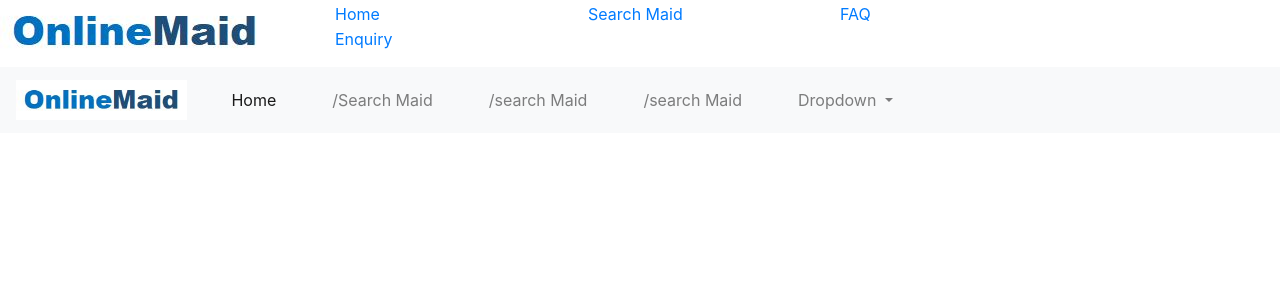
Repository: Code-Institute-Submissions/Project-1---Online-Maid
Page: index.html
The author's editor kept a record of every edit. The page is drawn from the files as they stood at one moment, then again after the next edit.
The browser window is 1280 px wide. The pictures show the whole page.
Some web libraries are served in a nearby version.

Above is the page before.

### index.html
<!DOCTYPE html>
<html lang="en">
<head>
    <meta charset="UTF-8">
    <meta name="viewport" content="width=device-width, initial-scale=1.0">
    <meta http-equiv="X-UA-Compatible" content="ie=edge">
    <link rel="stylesheet" href="https://stackpath.bootstrapcdn.com/bootstrap/4.3.1/css/bootstrap.min.css" type="text/css" />
    <link rel="stylesheet" href="https://stackpath.bootstrapcdn.com/font-awesome/4.7.0/css/font-awesome.min.css" type="text/css" />
    <link rel="stylesheet" href="https://cdnjs.cloudflare.com/ajax/libs/hover.css/2.1.1/css/hover-min.css" type="text/css" />
    <link rel="stylesheet" href="style.css" type="text/css" />
    <title>Online Maid</title>
</head>

<body>
    <header>
         <div class="row no-gutters">
             <div class = "col col-md-3">
             <a href="#"><img class="img-fluid d-md-block" src="images/logo.jpg" alt=""></a>
             </div>
             <div class ="col col-md-9">
                 <div class="row no-gutters">
                     <div class="col">
                         <ul id ="nav" class="list-inline menucontainer">
                             <li class="col-6 col-sm-3 list-inline-item ui-menu-color-home menuitem">
                                  <a href="index.html" class="hvr-sweep-to-bottom"><span>Home</span></a>
                             </li>
                             <li class="col-6 col-sm-3 list-inline-item ui-menu-color-home menuitem">
                                 <a href="searchMaid.html" class="hvr-sweep-to-bottom"><span>Search Maid</span></a>
                             </li>
                             <li class="col-6 col-sm-3 list-inline-item ui-menu-color-home menuitem">
                                  <a href="faq.html" class="hvr-sweep-to-bottom"><span>FAQ</span></a>
                             </li>
                             <li class="col-6 col-sm-3 list-inline-item ui-menu-color-home menuitem">
                                  <a href="contact.html" class="hvr-sweep-to-bottom"><span>Enquiry</span></a>
                             </li>
                         </ul>
                     </div>
                 </div>
             </div>
        </div>
    </header>
    <nav class="navbar navbar-expand-lg navbar-light bg-light">
  <a class="navbar-brand" href="#"><img id="logo" class="img-fluid d-md-block" src="images/logo.jpg" alt=""></a>
  <button class="navbar-toggler" type="button" data-toggle="collapse" data-target="#navbarSupportedContent" aria-controls="navbarSupportedContent" aria-expanded="false" aria-label="Toggle navigation">
    <span class="navbar-toggler-icon"></span>
  </button>

  <div class="collapse navbar-collapse" id="navbarSupportedContent">
    <ul class="navbar-nav mr-auto">
      <li class="nav-item active">
        <a class="nav-link" href="#">Home <span class="sr-only">(current)</span></a>
      </li>
      <li class="nav-item">
        <a class="nav-link" href="#">/Search Maid</a>
      </li>
      <li class="nav-item">
        <a class="nav-link" href="#">/search Maid</a>
      </li>
      <li class="nav-item">
        <a class="nav-link" href="#">/search Maid</a>
      </li>
      <li class="nav-item dropdown">
        <a class="nav-link dropdown-toggle" href="#" id="navbarDropdown" role="button" data-toggle="dropdown" aria-haspopup="true" aria-expanded="false">
          Dropdown
        </a>
        <div class="dropdown-menu" aria-labelledby="navbarDropdown">
          <a class="dropdown-item" href="#">Action</a>
          <a class="dropdown-item" href="#">Another action</a>
          <div class="dropdown-divider"></div>
          <a class="dropdown-item" href="#">Something else here</a>
        </div>
      </li>
    </ul>
  </div>
</nav>

    <script src="https://code.jquery.com/jquery-3.3.1.slim.min.js" integrity="sha384-q8i/X+965DzO0rT7abK41JStQIAqVgRVzpbzo5smXKp4YfRvH+8abtTE1Pi6jizo" crossorigin="anonymous"></script>
    <script src="https://cdnjs.cloudflare.com/ajax/libs/popper.js/1.14.7/umd/popper.min.js" integrity="sha384-UO2eT0CpHqdSJQ6hJty5KVphtPhzWj9WO1clHTMGa3JDZwrnQq4sF86dIHNDz0W1" crossorigin="anonymous"></script>
    <script src="https://stackpath.bootstrapcdn.com/bootstrap/4.3.1/js/bootstrap.min.js" integrity="sha384-JjSmVgyd0p3pXB1rRibZUAYoIIy6OrQ6VrjIEaFf/nJGzIxFDsf4x0xIM+B07jRM" crossorigin="anonymous"></script>
</body>
</html>

### style.css
@import url('https://fonts.googleapis.com/css?family=Roboto:100,200,300,400,500,600,700|Exo:100,200,300,400,500,600,700');

*{
    padding: 0;
    margin: 0;
    box-sizing: border-box;
}

#logo {
    height: 40px;
    max-width:100%;
}

.nav-item{
    padding: 0px 20px;
}

After the next edit:
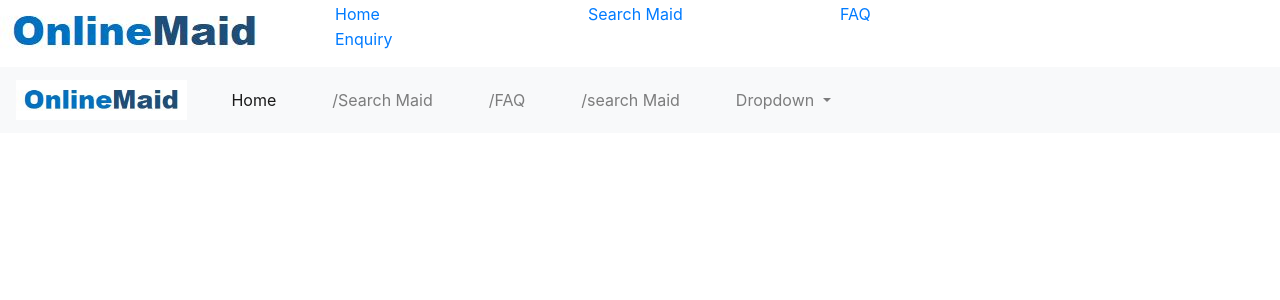
The edit:
--- a/index.html
+++ b/index.html
@@ -54,7 +54,7 @@
         <a class="nav-link" href="#">/Search Maid</a>
       </li>
       <li class="nav-item">
-        <a class="nav-link" href="#">/search Maid</a>
+        <a class="nav-link" href="#">/FAQ</a>
       </li>
       <li class="nav-item">
         <a class="nav-link" href="#">/search Maid</a>
